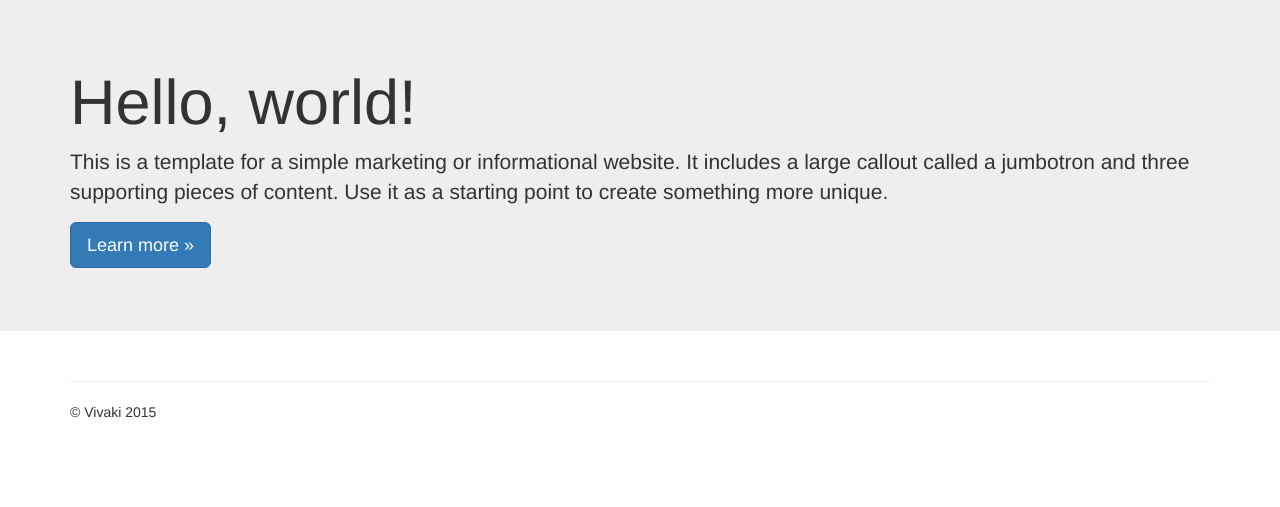
Repository: benlampert/vv
Page: vv/templates/base.html
The author's editor kept a record of every edit. The page is drawn from the files as they stood at one moment, then again after the next edit.
The browser window is 1280 px wide. The pictures show the whole page.
Some web libraries are served in a nearby version. The template is drawn by Django 2.2. The application's start-up code is not run. Other server files are loaded and not shown. The template is opened directly, without the code that normally fills it, so the values that code supplies are empty.

Above is the page before.
Not found: static/jumbotron.css

### vv/templates/base.html

<!DOCTYPE html>
<html lang="en">
  <head>
    <meta charset="utf-8">
    <meta http-equiv="X-UA-Compatible" content="IE=edge">
    <meta name="viewport" content="width=device-width, initial-scale=1">
    <meta name="description" content="">
    <meta name="author" content="">
    <link rel="icon" href="../../favicon.ico">

    <title>Jumbotron Template for Bootstrap</title>
{% load staticfiles %}
    <!-- Bootstrap core CSS -->
    <link href="{% static "css/bootstrap.min.css" %}" rel="stylesheet">

    <!-- Custom styles for this template -->
    <link href="{% static "jumbotron.css" %}" rel="stylesheet">

    <!-- Just for debugging purposes. Don't actually copy these 2 lines! -->
    <!--[if lt IE 9]><script src="../../assets/js/ie8-responsive-file-warning.js"></script><![endif]-->
    <script src="{% static "http://getbootstrap.com/assets/js/ie-emulation-modes-warning.js" %}"></script>

    <!-- HTML5 shim and Respond.js for IE8 support of HTML5 elements and media queries -->
    <!--[if lt IE 9]>
      <script src="https://oss.maxcdn.com/html5shiv/3.7.2/html5shiv.min.js"></script>
      <script src="https://oss.maxcdn.com/respond/1.4.2/respond.min.js"></script>
    <![endif]-->
  </head>

  <body>



    <!-- Main jumbotron for a primary marketing message or call to action -->
    <div class="jumbotron">
      <div class="container">
        <h1>Hello, world!</h1>
        <p>This is a template for a simple marketing or informational website. It includes a large callout called a jumbotron and three supporting pieces of content. Use it as a starting point to create something more unique.</p>
        <p><a class="btn btn-primary btn-lg" href="#" role="button">Learn more &raquo;</a></p>
      </div>
    </div>

    <div class="container">
        {% block content %}

        {% endblock %}

      <hr>

      <footer>
        <p>&copy; Vivaki 2015</p>
      </footer>
    </div> <!-- /container -->


    <!-- Bootstrap core JavaScript
    ================================================== -->
    <!-- Placed at the end of the document so the pages load faster -->
    <script src="https://ajax.googleapis.com/ajax/libs/jquery/1.11.2/jquery.min.js"></script>
    <script src="http://getbootstrap.com/dist/js/bootstrap.min.js"></script>
    <!-- IE10 viewport hack for Surface/desktop Windows 8 bug -->
    <script src="http://getbootstrap.com/assets/js/ie10-viewport-bug-workaround.js"></script>
  </body>
</html>

Loaded but not shown: vendors/static/css/bootstrap.min.css (library); vendors/static/js/ie-emulation-modes-warning.js (common file); vendors/static/css/jumbotron.css (common file)

After the next edit:
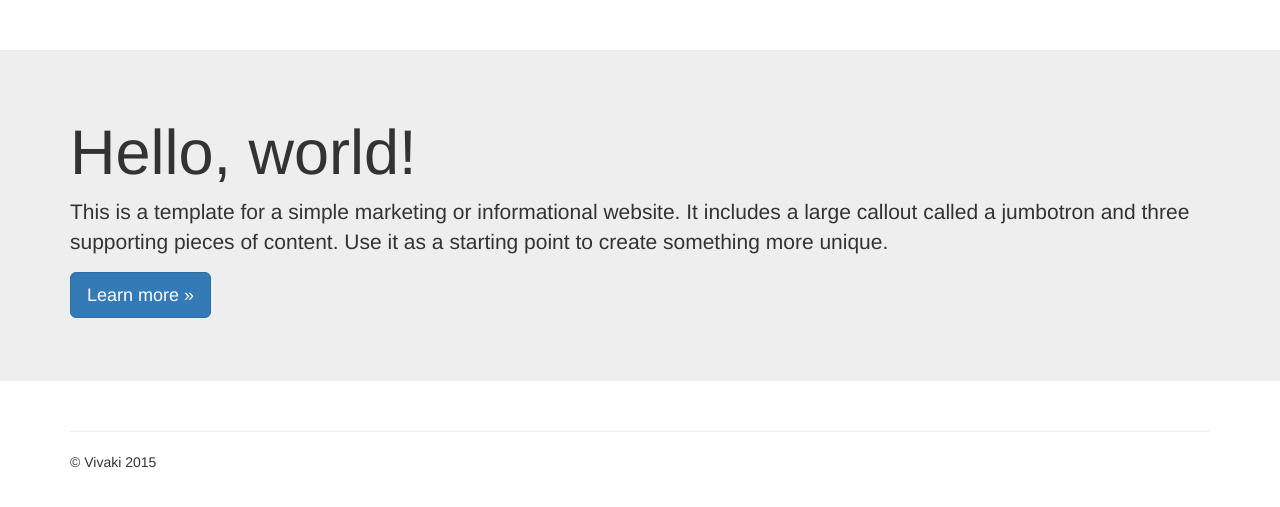
The edit:
--- a/vv/templates/base.html
+++ b/vv/templates/base.html
@@ -15,7 +15,7 @@
     <link href="{% static "css/bootstrap.min.css" %}" rel="stylesheet">
 
     <!-- Custom styles for this template -->
-    <link href="{% static "jumbotron.css" %}" rel="stylesheet">
+    <link href="{% static "css/jumbotron.css" %}" rel="stylesheet">
 
     <!-- Just for debugging purposes. Don't actually copy these 2 lines! -->
     <!--[if lt IE 9]><script src="../../assets/js/ie8-responsive-file-warning.js"></script><![endif]-->
